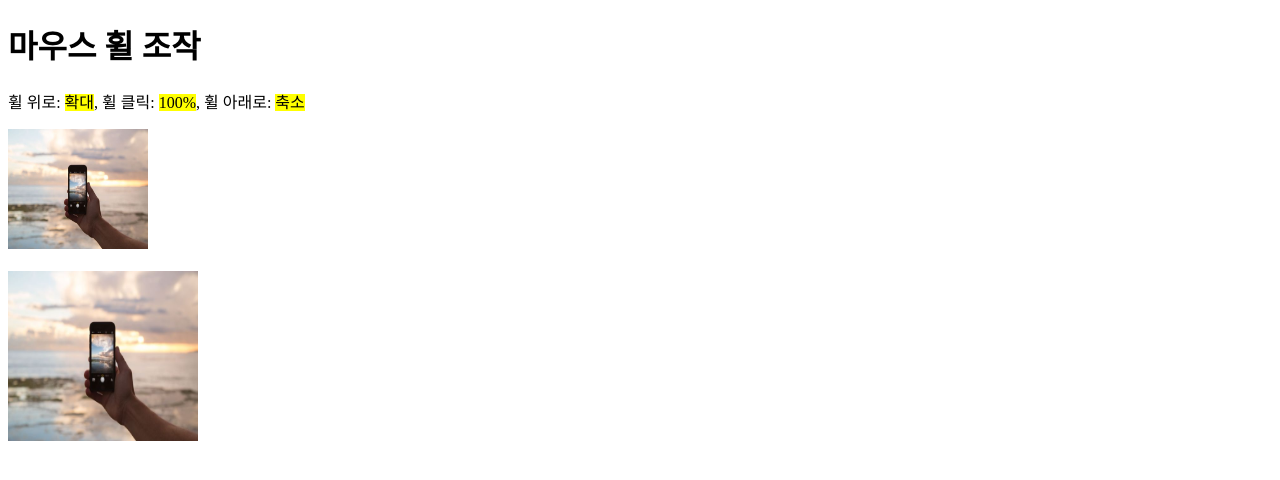
Repository: jwsimhj97/jwork_n
Page: JSPProject/WebContent/03-07/prac02.html
An editor plug-in stored every save of this project. The page is shown before and after the next save, followed by the edit.
The browser window is 1280 px wide. The pictures show the whole page.

Above is the page before, as saved 2022-03-08 01:17:43.

### JSPProject/WebContent/03-07/prac02.html
<!DOCTYPE html>
<html>
<head>
<meta charset="UTF-8">
<title>Insert title here</title>
<style>
	.info>span{background-color:#ff0;}
	.origin { width: 140px; height: 120px;}
	.large { width: 190px; height: 170px;}
	.small { width: 90px; height: 70px;}
</style>
<script src="http://code.jquery.com/jquery-3.5.1.min.js"></script>
<script>
	$(function() {
		//$('img').eq(1).width(190);
		//$('img').eq(1).height(170);
		$(document).on("mousedown", function(event) {
			 // event.which : 마우스 클릭위치의 값을 가져온다.
			//  1 : 마우스좌클릭, 2: 휠클릭, 3: 마우스 우클릭
			 var mWhich = event.which;
			 $("#ptxt").empty();

			if(mWhich<=2){
				$("#ptxt").append("원본 가로사이즈: "+ $('.origin').width() +"px<br>");
				$("#ptxt").append("원본 세로사이즈: "+ $('.origin').height() +"px");
			}else{
				$("#ptxt").append("확대 가로사이즈: "+ $('.large').width() +"px<br>");
				$("#ptxt").append("확대 세로사이즈: "+ $('.large').height() +"px");
			}
		});
	});
</script>
</head>

<body>
	<h1>마우스 휠 조작</h1>
	<p class="info">휠 위로: <span>확대</span>, 휠 클릭: <span>100%</span>, 휠 아래로: <span>축소</span></p>
	<img src="img/cellphone.jpg" class="origin"><br><br>
	<img src="img/cellphone.jpg" class="large">
	<p id="ptxt"></p>
</body>
</html>

After the next save:
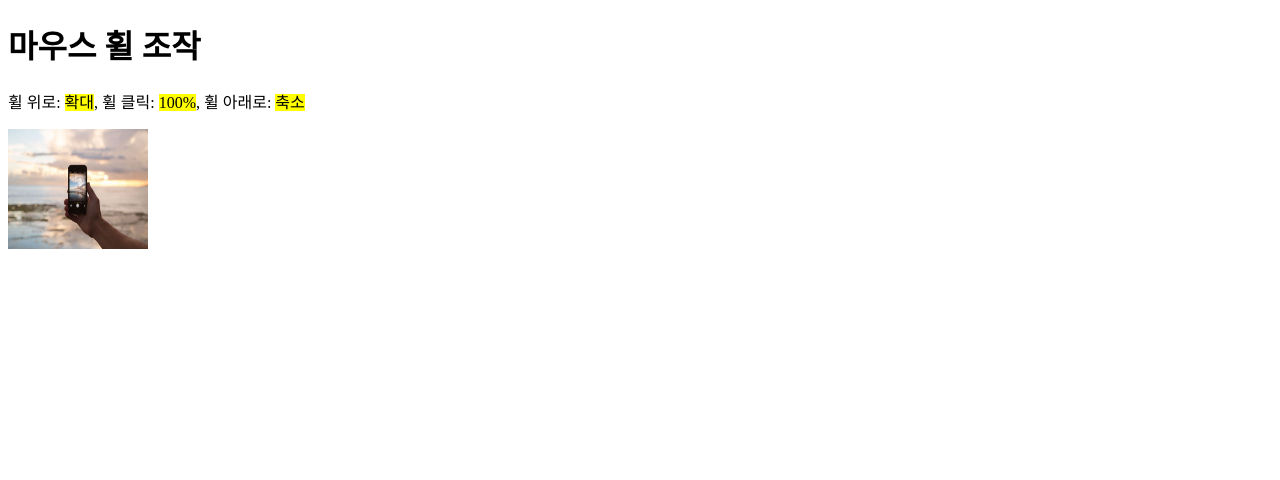
Saved 20 min 4 s later.
--- a/JSPProject/WebContent/03-07/prac02.html
+++ b/JSPProject/WebContent/03-07/prac02.html
@@ -35,8 +35,6 @@
 <body>
 	<h1>마우스 휠 조작</h1>
 	<p class="info">휠 위로: <span>확대</span>, 휠 클릭: <span>100%</span>, 휠 아래로: <span>축소</span></p>
-	<img src="img/cellphone.jpg" class="origin"><br><br>
-	<img src="img/cellphone.jpg" class="large">
-	<p id="ptxt"></p>
+	<img src="img/cellphone.jpg" class="origin">
 </body>
 </html>
